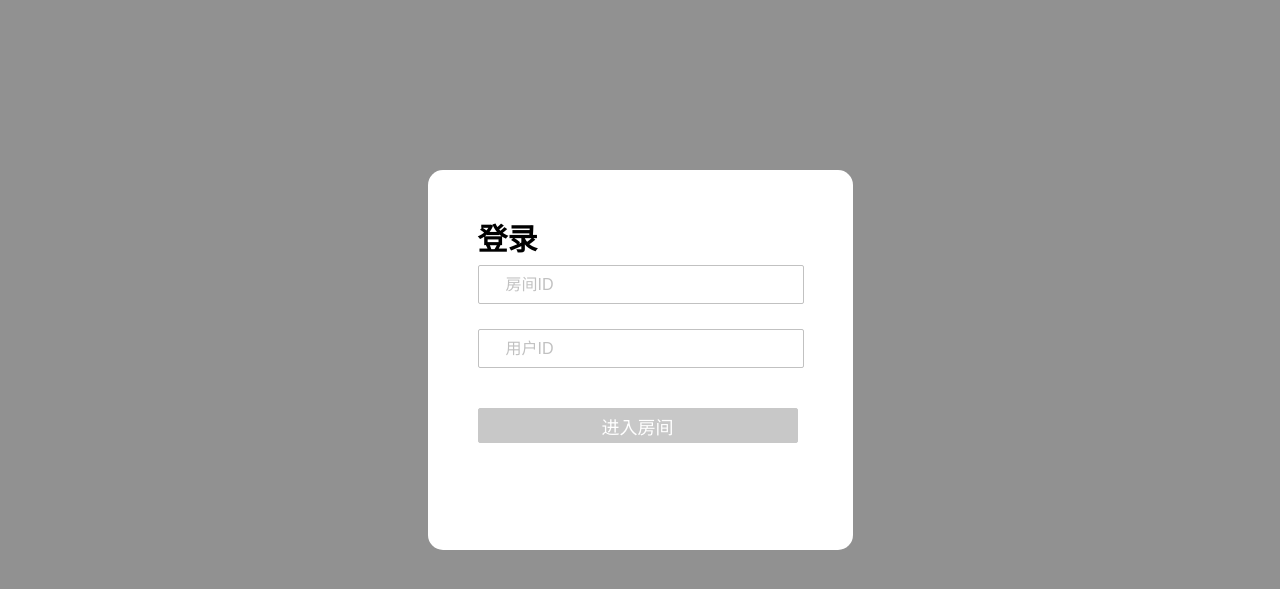
Repository: sjtu-course/homework
Page: GongZening/Week2/Web/LoginPage.html
The author's editor kept a copy of each file at every save. The page is drawn from the files as they stood at one save, then again after the next save.
The browser window is 1280 px wide. The pictures show the whole page.

Above is the page before, as saved 2020-11-09 15:33:33.

### GongZening/Week2/Web/LoginPage.html
<!DOCTYPE html>
<html>
    <head>
        <meta charset="utf-8">
        <title>LoginPage</title>
        <style>
            input::-webkit-input-placeholder{
                color:#c1c1c1;
                font-size: 16px;
                padding-left: 25px;
            }
        </style>
        <link rel="stylesheet" type="text/css" href="css/Round_Rect.css" />
        <link rel="stylesheet" type="text/css" href="css/Login.css" />
        <link rel="stylesheet" type="text/css" href="css/Edit_Text.css" />
        <link rel="stylesheet" type="text/css" href="css/Button.css" />
        <!-- <link rel="stylesheet" type="text/css" href="css/Reset.css" /> -->
    </head>

    <body style="background-color: #919191;">
        <div id="round_rect">
            <h1 id="login">登录</h1>
            <!-- <input type="text" class="edit_text" placeholder="房间ID" style="margin-top: 25px;"> -->
            <input type="text" class="edit_text" placeholder="房间ID">
            <input type="text" class="edit_text" placeholder="用户ID" style="margin-top: 25px;">
            <button class="button">进入房间</button>
        </div>
    </body>
</html>

### GongZening/Week2/Web/css/Round_Rect.css
@charset "utf-8";
#round_rect{
	width: 425px;
	height: 380px;
	background-color: white;
	/* 圆角大小 */
	border-radius: 15px;
	/* 位置居中 */
	position: absolute;
	margin: auto;
	top: 0;
	right: 0;
	left: 0;
	bottom: 0;
}

### GongZening/Week2/Web/css/Login.css
@charset "utf-8";
#login{
    font-size: 30px;
    color: black;
    margin-top: 45px;
    margin-left: 50px;
    height: 30px;
}

### GongZening/Week2/Web/css/Edit_Text.css
@charset "utf-8";
.edit_text{
    width: 320px;
    height: 35px;
    margin-left: 50px;
    margin-top: 0px;
    border-radius: 2px;
    border:1px solid #c1c1c1;
    font-size: 16px;
}

### GongZening/Week2/Web/css/Button.css
@charset "utf-8";
.button{
    width: 320px;
    height: 35px;
    margin-left: 50px;
    margin-top: 40px;
    border-radius: 2px;
    background-color: #c8c8c8;
    color: white;
    border:1px solid #c8c8c8;
    font-size: 18px;
}

### GongZening/Week2/Web/css/Reset.css
@charset "utf-8";
body,p,h1,h2,h3,h4,h5,h6,dl,dd{
    margin:0;
    font-size:12px;
/* font-family:XX; */
}
ol,ul{
    list-style:none;
    padding:0;
    margin:0;
}
a{
    text-decoration:none;
}
img{
    border:none;
}
/* 默认样式重置 (css reset)  */

After the next save:
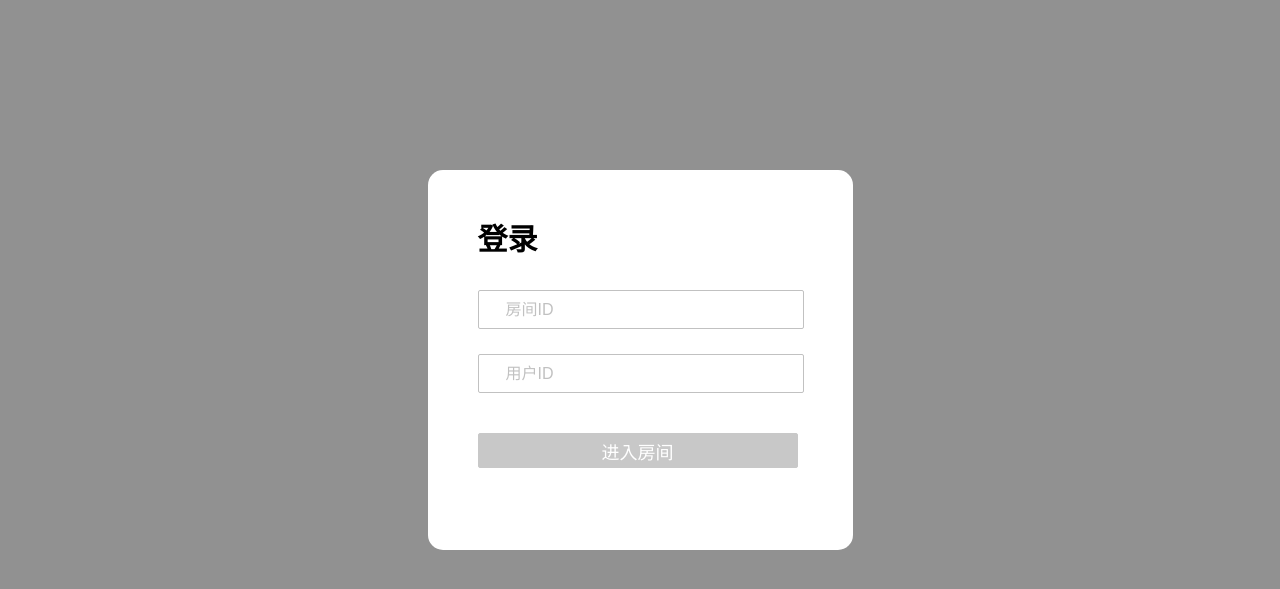
Saved 25 s later.
--- a/GongZening/Week2/Web/LoginPage.html
+++ b/GongZening/Week2/Web/LoginPage.html
@@ -14,14 +14,14 @@
         <link rel="stylesheet" type="text/css" href="css/Login.css" />
         <link rel="stylesheet" type="text/css" href="css/Edit_Text.css" />
         <link rel="stylesheet" type="text/css" href="css/Button.css" />
-        <!-- <link rel="stylesheet" type="text/css" href="css/Reset.css" /> -->
+        <link rel="stylesheet" type="text/css" href="css/Reset.css" />
     </head>
 
     <body style="background-color: #919191;">
         <div id="round_rect">
             <h1 id="login">登录</h1>
-            <!-- <input type="text" class="edit_text" placeholder="房间ID" style="margin-top: 25px;"> -->
-            <input type="text" class="edit_text" placeholder="房间ID">
+            <input type="text" class="edit_text" placeholder="房间ID" style="margin-top: 45px;">
+            <!-- <input type="text" class="edit_text" placeholder="房间ID"> -->
             <input type="text" class="edit_text" placeholder="用户ID" style="margin-top: 25px;">
             <button class="button">进入房间</button>
         </div>
